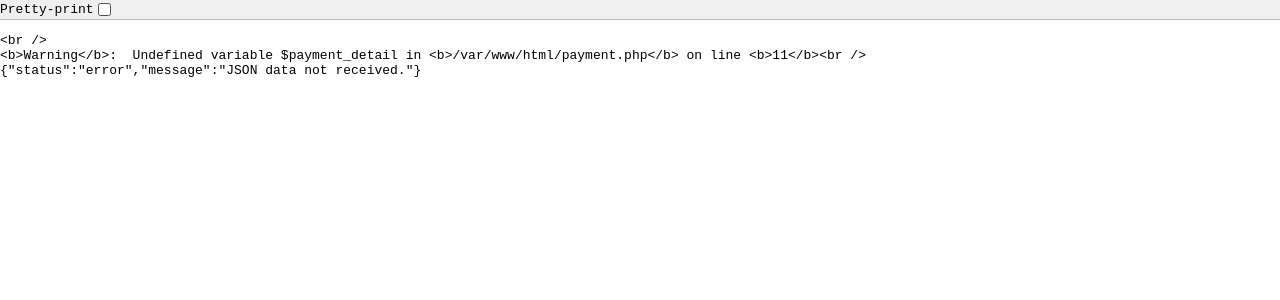
Repository: shrewd-baddest/YOGOBLAST_SERVER-SIDE
Page: http://localhost/payment.php
An editor plug-in stored every save of this project. The page is shown before and after the next save, followed by the edit.
The browser window is 1280 px wide. The pictures show the whole page.
The page is run by PHP 8.4 with error messages shown; the project is at /var/www/html/.

Above is the page before, as saved 2025-06-06 12:09:32.

After the next save:
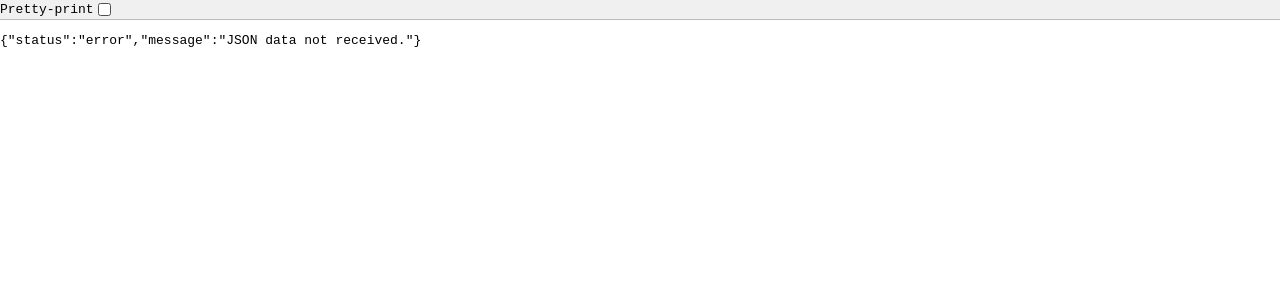
Saved 2 min 27 s later.
--- a/payment.php
+++ b/payment.php
@@ -8,7 +8,7 @@ header("Content-Type: application/json");
 
 include('connect.php');
 $payment_details = json_decode(file_get_contents("php://input"),true);
-   if ($payment_detail === null) {
+   if ($payment_details === null) {
      echo json_encode(["status" => "error", "message" => "JSON data not received."]);
      exit;
   }
